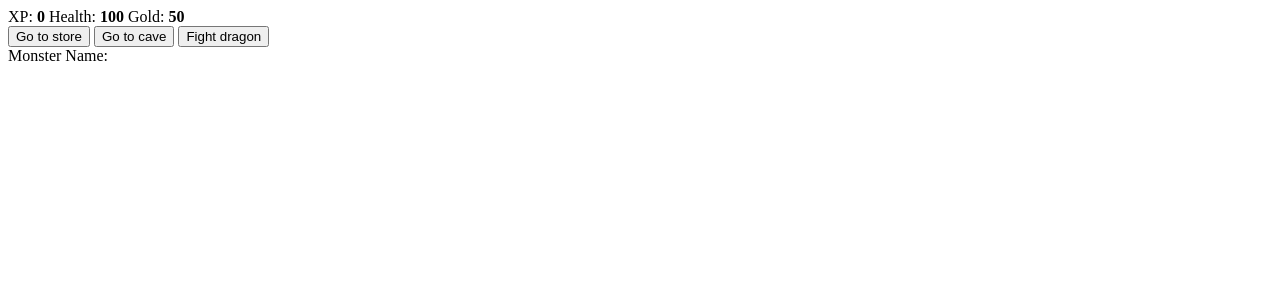
Repository: Lungdjos/role_playing_game
Page: index.html
The author's editor kept a copy of each file at every save. The page is drawn from the files as they stood at one save, then again after the next save.
The browser window is 1280 px wide. The pictures show the whole page.

Above is the page before, as saved 2024-02-06 23:03:03.

After the next save:
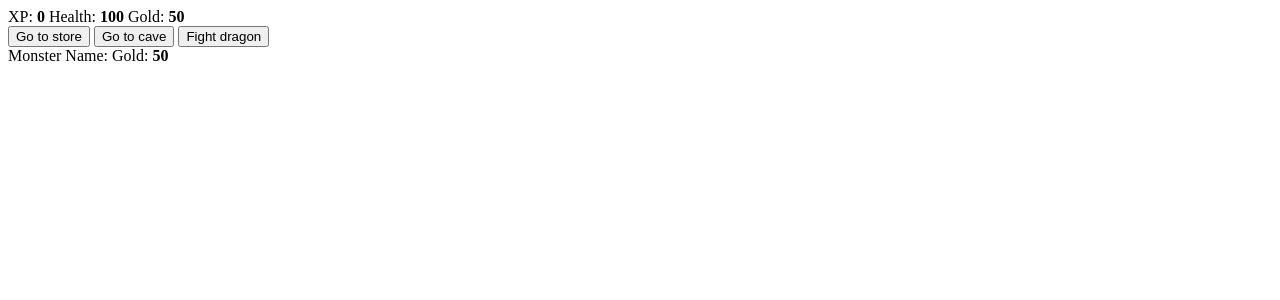
Saved 9 s later.
--- a/index.html
+++ b/index.html
@@ -28,6 +28,8 @@
             <span class="stat">
                 Monster Name: <strong><span id="monsterName"></span></strong>
             </span>
+            <span class="stat">Gold: <strong><span id="goldText">50</span></strong>
+            </span>
         </div>
         <div id="text"></div>
     </div>
